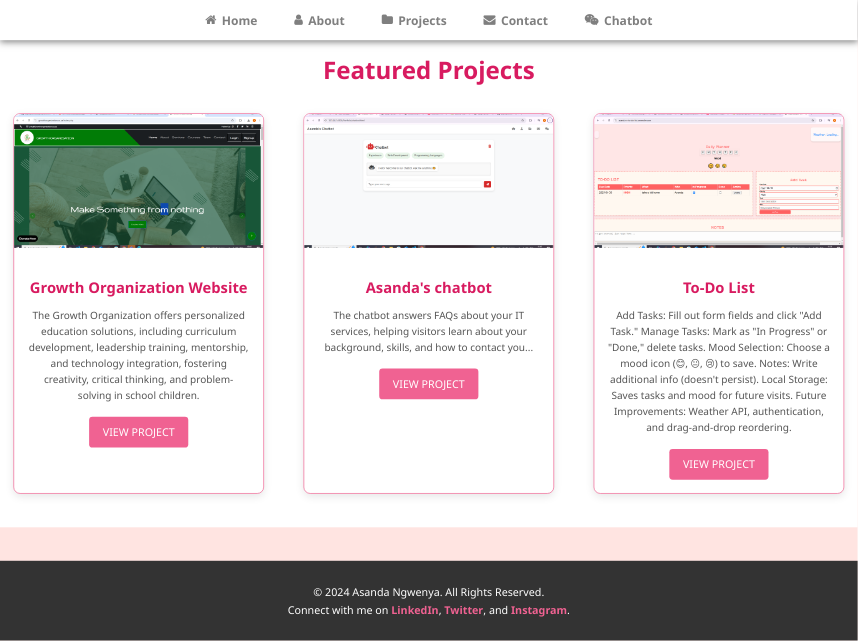
Repository: asandan8106/Asanda-sPortfolio
Page: Portfolio/project.html
An editor plug-in stored every save of this project. The page is shown before and after a run of saves, followed by the edit.
The browser window is 1280 px wide. The pictures show the whole page, at 67% of full size.

Above is the page before, as saved 2025-05-16 12:14:23.

After the next 2 saves:
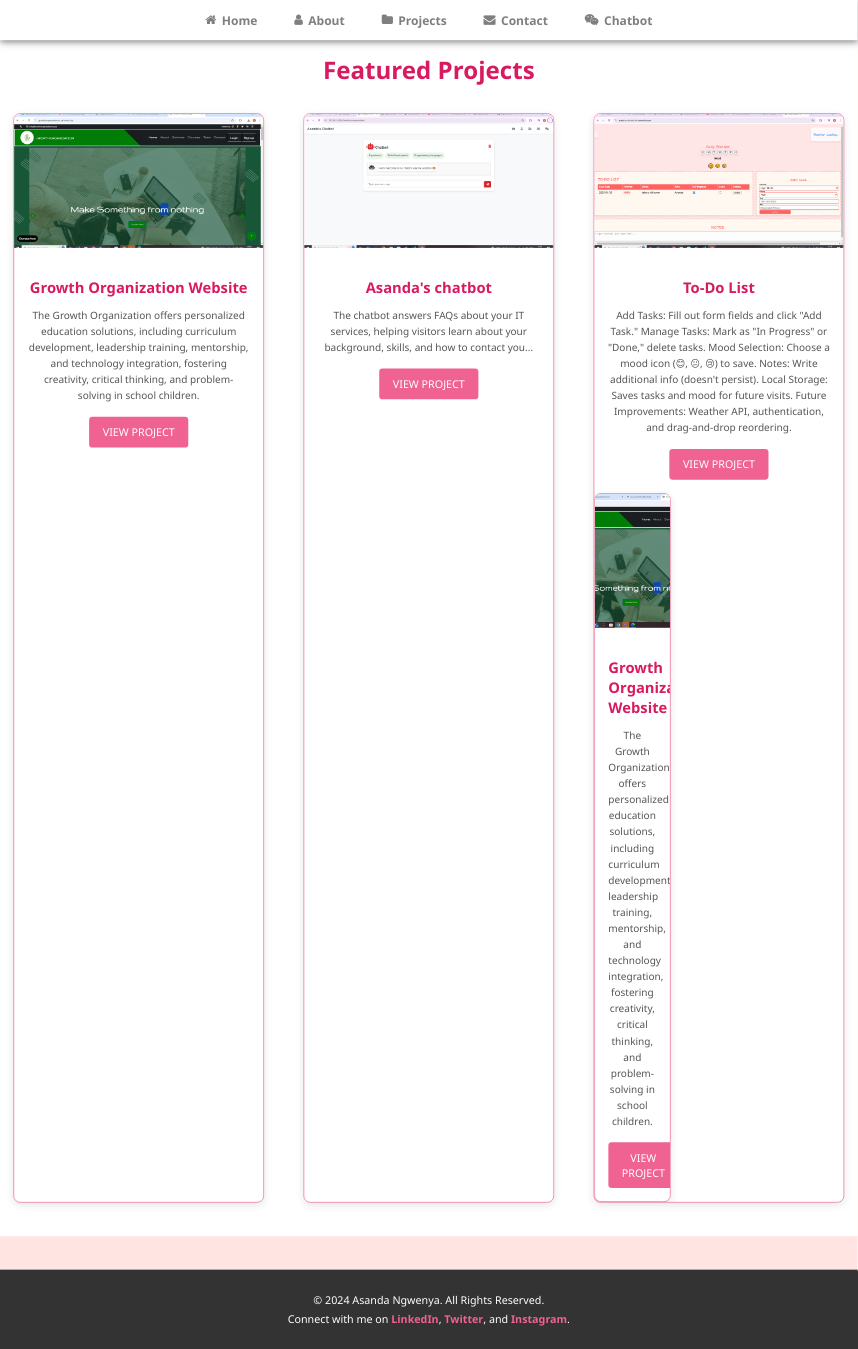
The 2 saves are shown as one change because they came seconds apart.
The last was saved 101 s later.
--- a/Portfolio/project.html
+++ b/Portfolio/project.html
@@ -66,6 +66,14 @@
                         Future Improvements: Weather API, authentication, and drag-and-drop reordering.</p>
                     <a href=https://asanda-s-to-do-list.onrender.com class="project-link" target="_blank">View Project</a>
                 </div>
+          <!-- Project 1 -->
+            <div class="project-card">
+                <img src="images/Screenshot (109).png" alt="Project 1 Screenshot">
+                <div class="card-content">
+                    <h2>Growth Organization Website</h2>
+                    <p>The Growth Organization offers personalized education solutions, including curriculum development, leadership training, mentorship, and technology integration, fostering creativity, critical thinking, and problem-solving in school children.</p>
+                    <a href="https://www.growthorganization.co.za/index.php" class="project-link" target="_blank">View Project</a>
+                </div>
             </div>
         </div>
     </section>

After the save that followed:
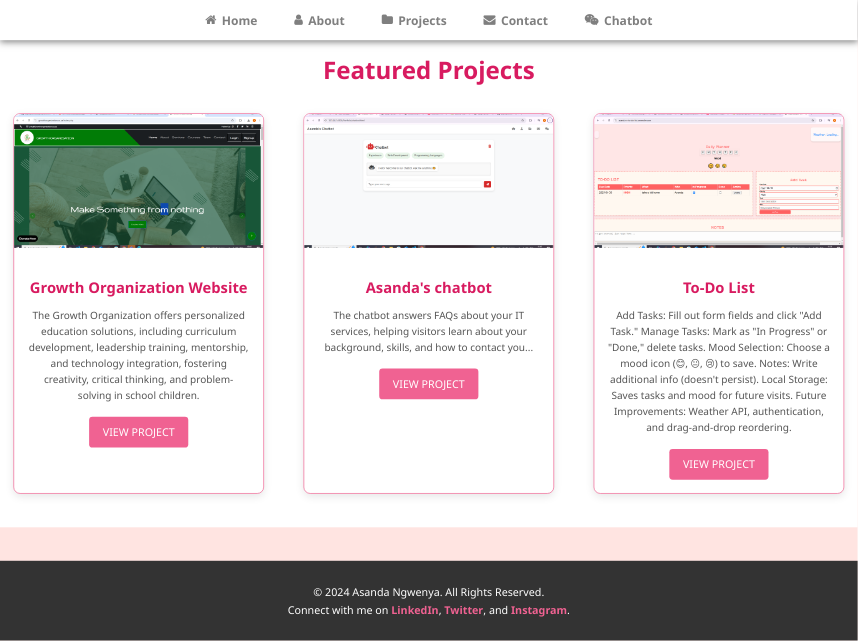
Saved 17 s later.
--- a/Portfolio/project.html
+++ b/Portfolio/project.html
@@ -66,15 +66,7 @@
                         Future Improvements: Weather API, authentication, and drag-and-drop reordering.</p>
                     <a href=https://asanda-s-to-do-list.onrender.com class="project-link" target="_blank">View Project</a>
                 </div>
-          <!-- Project 1 -->
-            <div class="project-card">
-                <img src="images/Screenshot (109).png" alt="Project 1 Screenshot">
-                <div class="card-content">
-                    <h2>Growth Organization Website</h2>
-                    <p>The Growth Organization offers personalized education solutions, including curriculum development, leadership training, mentorship, and technology integration, fostering creativity, critical thinking, and problem-solving in school children.</p>
-                    <a href="https://www.growthorganization.co.za/index.php" class="project-link" target="_blank">View Project</a>
-                </div>
-            </div>
+
         </div>
     </section>
 
